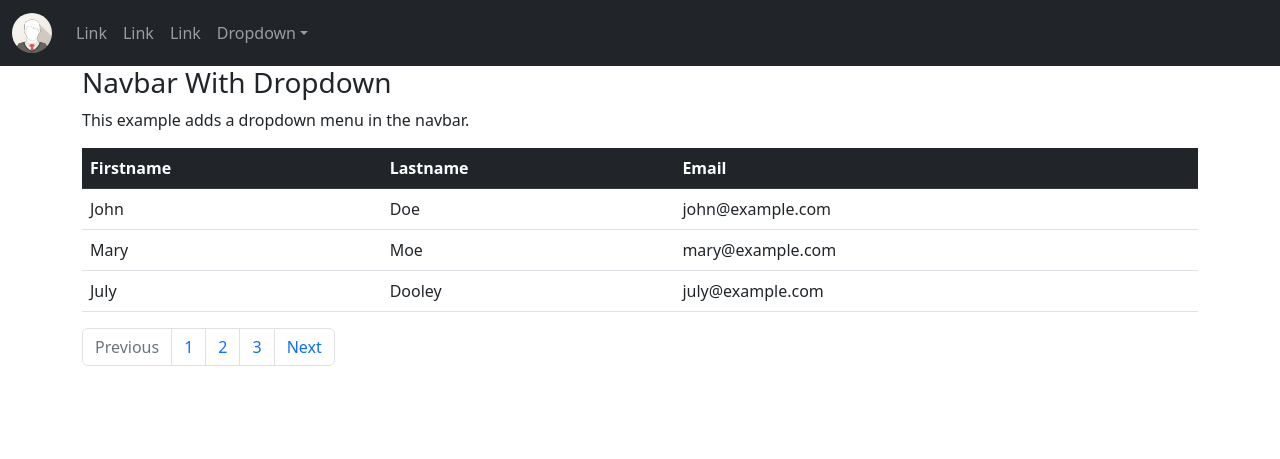
Repository: seoyeon0619/WebProgramming
Page: workspace1/myhome2/src/main/webapp/디자인/board.html
The author's editor kept a copy of each file at every save. The page is drawn from the files as they stood at one save, then again after the next save.
The browser window is 1280 px wide. The pictures show the whole page.

Above is the page before, as saved 2022-12-30 01:16:10.

After the next save:
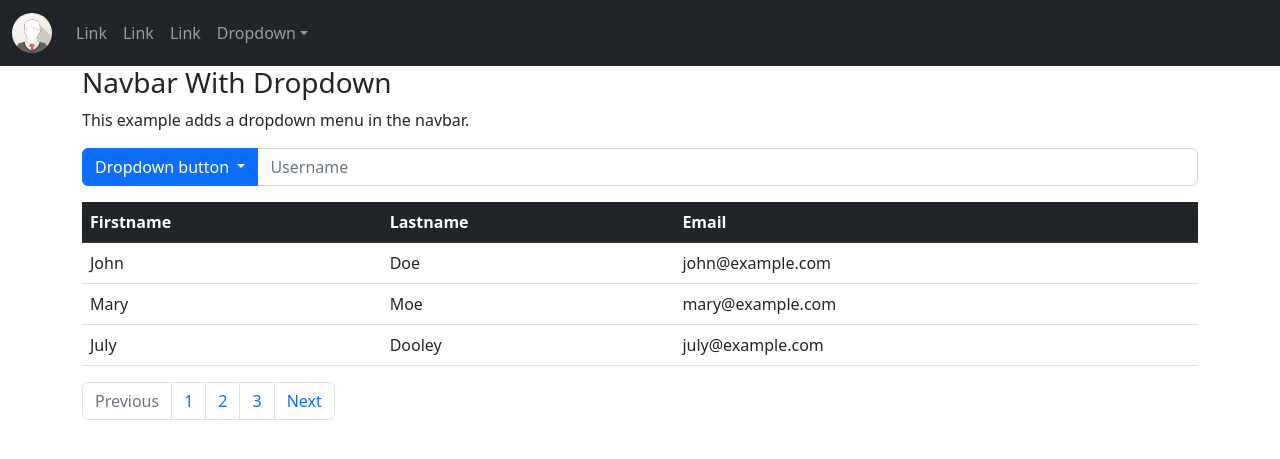
Saved 3 min 59 s later.
--- a/workspace1/myhome2/src/main/webapp/디자인/board.html
+++ b/workspace1/myhome2/src/main/webapp/디자인/board.html
@@ -47,6 +47,18 @@
   <h3>Navbar With Dropdown</h3>
   <p>This example adds a dropdown menu in the navbar.</p>
 
+  <div class="input-group mt-3 mb-3">
+    <button type="button" class="btn btn-primary dropdown-toggle" data-bs-toggle="dropdown">
+      Dropdown button
+    </button>
+    <ul class="dropdown-menu">
+      <li><a class="dropdown-item" href="#">Link 1</a></li>
+      <li><a class="dropdown-item" href="#">Link 2</a></li>
+      <li><a class="dropdown-item" href="#">Link 3</a></li>
+    </ul>
+    <input type="text" class="form-control" placeholder="Username">
+  </div>
+
   <table class="table">
     <thead class="table-dark">
       <tr>
